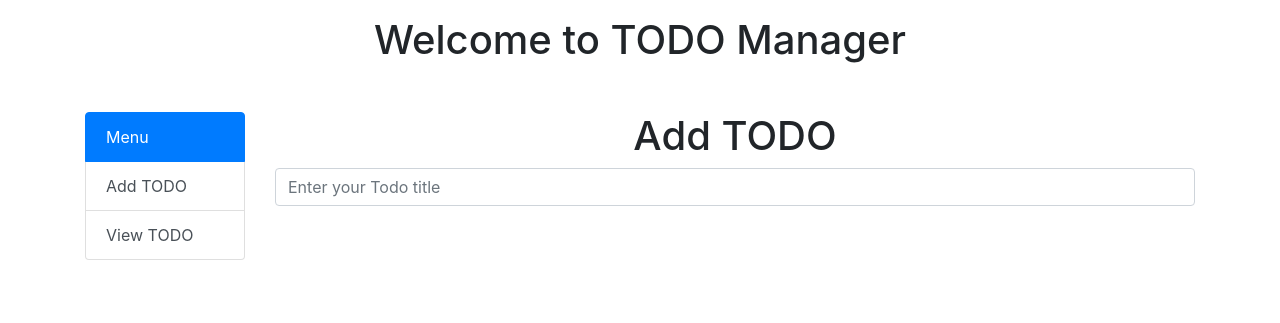
Repository: HarshViijay/spring-boot
Page: http://localhost/springmvcnew/add
These files come from the project's save history. The page is drawn as it stood at one moment and after the next save; the edit follows.
The browser window is 1280 px wide. The pictures show the whole page.
Some web libraries are served in a nearby version. The page is served by Tomcat 9.

Above is the page before, as saved 2023-03-11 19:01:23.

After the next save:
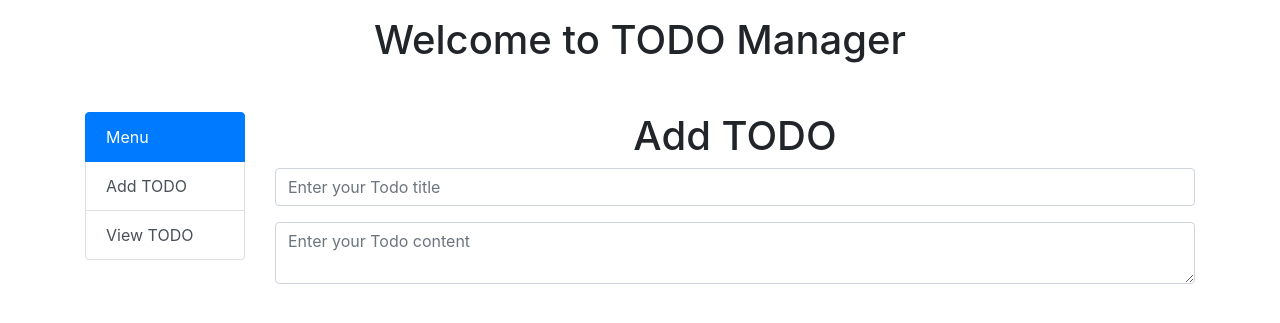
Saved 67 s later.
--- a/springmvcnew/src/main/webapp/WEB-INF/pages/home.jsp
+++ b/springmvcnew/src/main/webapp/WEB-INF/pages/home.jsp
@@ -58,6 +58,13 @@
 								placeholder="Enter your Todo title" />
 						</div>
 
+						<div class="form-group">
+							<form:textarea path="todoContent" cssClass="form-control"
+								placeholder="Enter your Todo content" />
+						</div>
+
+
+
 					</form:form>
 
 
